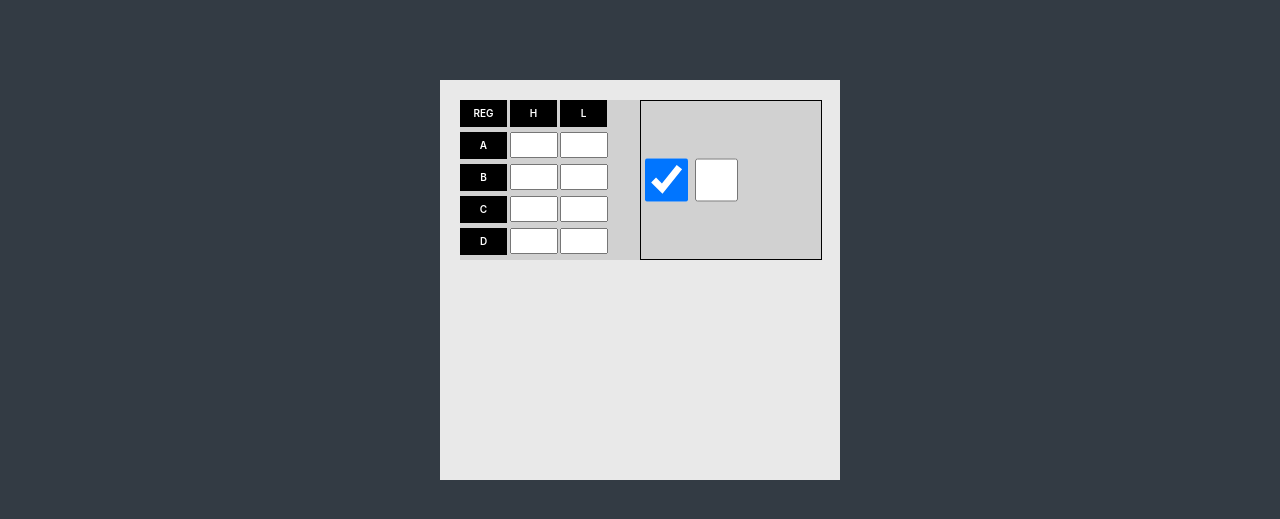
Repository: piookr-wsei/8086
Page: /
These files come from the project's save history. The page is drawn as it stood at one moment and after a run of saves; the edit follows.
The browser window is 1280 px wide. The pictures show the whole page.
The project was rebuilt for these pictures with package versions that can differ from the ones it lists, and the page was loaded fresh each time.

Above is the page before, as saved 2022-06-18 19:52:45.

After the next 5 saves:
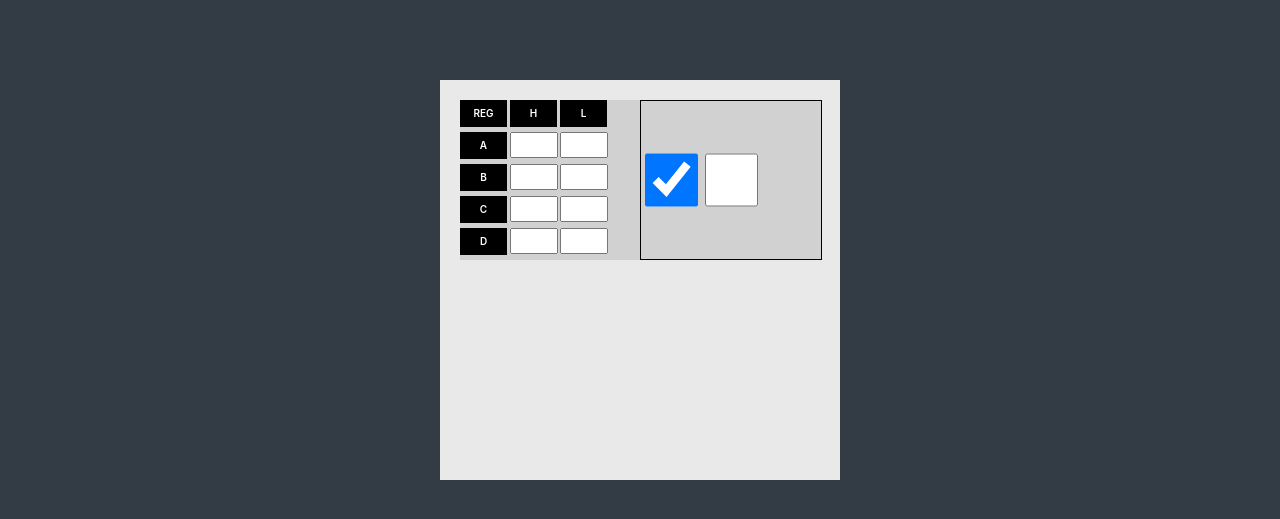
The 5 saves are shown as one change because 4 did not build or start.
The last was saved 3 min 58 s later.
--- a/src/App.js
+++ b/src/App.js
@@ -1,12 +1,14 @@
 
 import './App.css';
-import { RegDesc, RegInput, RegWrapper, UiWindow, UiWrapper, SettingsWrapper } from './Components/Components.elements';
+import { RegDesc, RegInput, RegWrapper, UiWindow, UiWrapper, SettingsWrapper, Labels } from './Components/Components.elements';
 
 function OpChange(){
   return(
     <>
-    <input type="checkbox" label={"xdddd"} defaultChecked />
+    <Labels>
+    <input type="checkbox"  defaultChecked />
     <input type="checkbox"/>
+    </Labels>
     </>
     )
   }
--- a/src/Components/Components.elements.js
+++ b/src/Components/Components.elements.js
@@ -64,3 +64,8 @@ export function RegDesc(props){
         </RegDescSC>
     )
 }
+
+export const Labels = styled.div`
+display: grid;
+grid-template-columns: 60px 60px 60px;
+`
